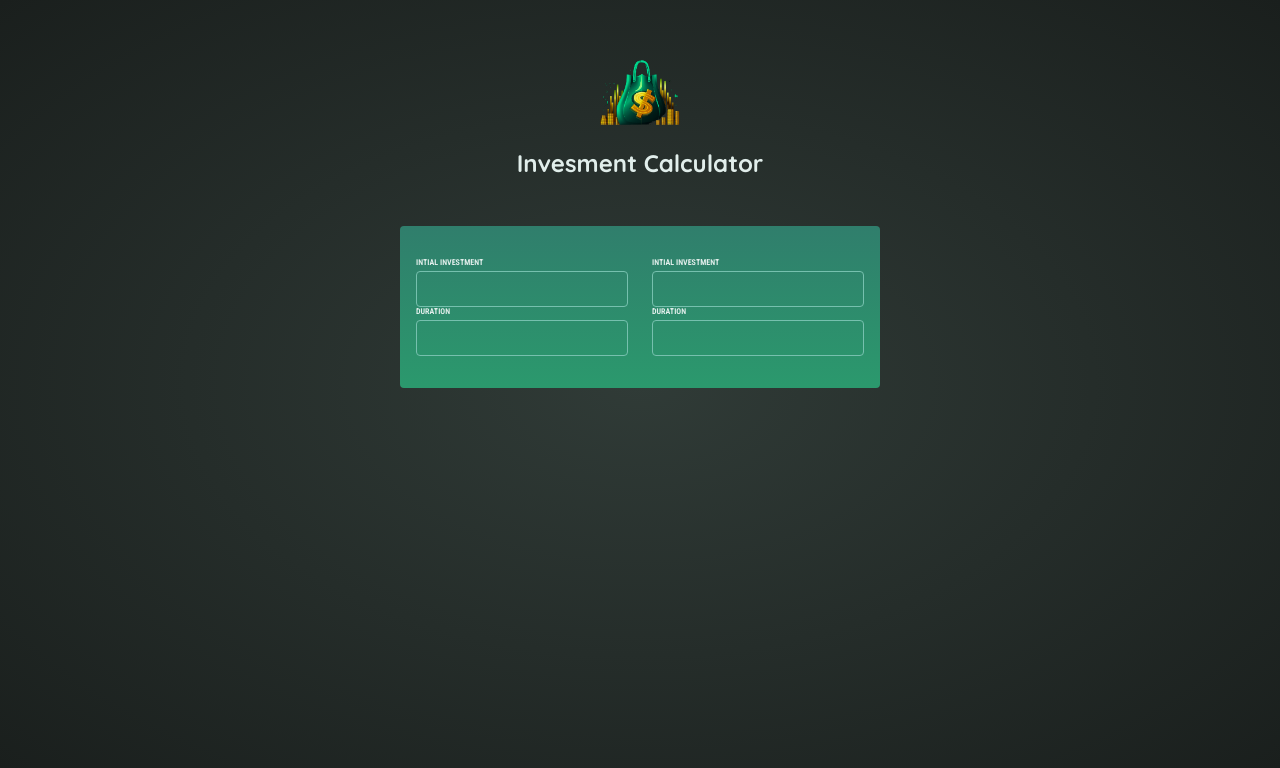
Repository: sibi24sibi/investment-calculator
Page: /
An editor plug-in stored every save of this project. The page is shown before and after a run of saves, followed by the edit.
The browser window is 1280 px wide. The pictures show the whole page.
The project was rebuilt for these pictures with package versions that can differ from the ones it lists, and the page was loaded fresh each time. Also part of the build but not shown: vite.config.js.

Above is the page before, as saved 2024-05-26 10:52:13.

After the next 2 saves:
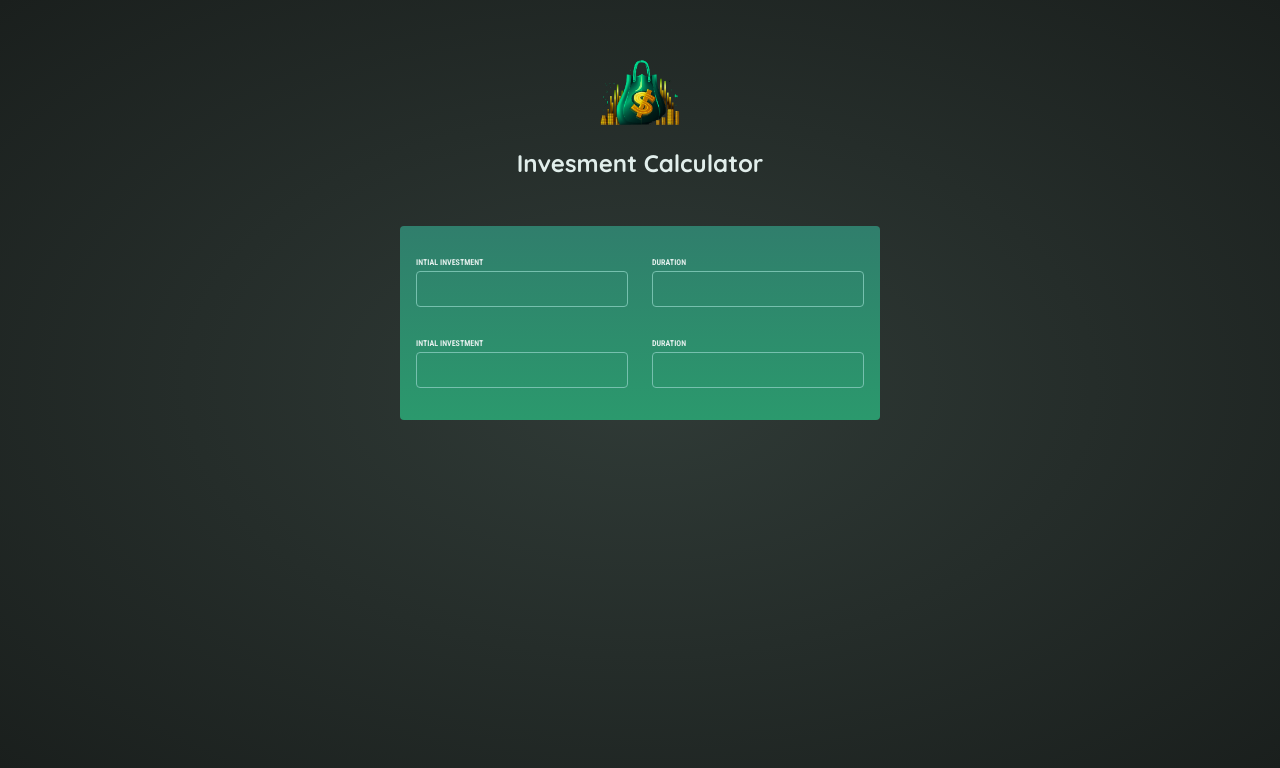
The 2 saves are shown as one change because 1 did not build or start.
The last was saved 94 s later.
--- a/src/components/Inputs.jsx
+++ b/src/components/Inputs.jsx
@@ -11,12 +11,18 @@ export default function Input() {
                 <p>
                 <label htmlFor="">Intial investment</label>
                 <input type="number" name="initialInvestment" id="initialInvestment" />
+                </p>
+                <p>
                 <label htmlFor="">Duration</label>
                 <input type="number" name="Duration" id="Duration" />
                 </p>
+            </div>
+            <div className="input-group">
                 <p>
                 <label htmlFor="">Intial investment</label>
                 <input type="number" name="initialInvestment" id="initialInvestment" />
+                </p>
+                <p>
                 <label htmlFor="">Duration</label>
                 <input type="number" name="Duration" id="Duration" />
                 </p>
